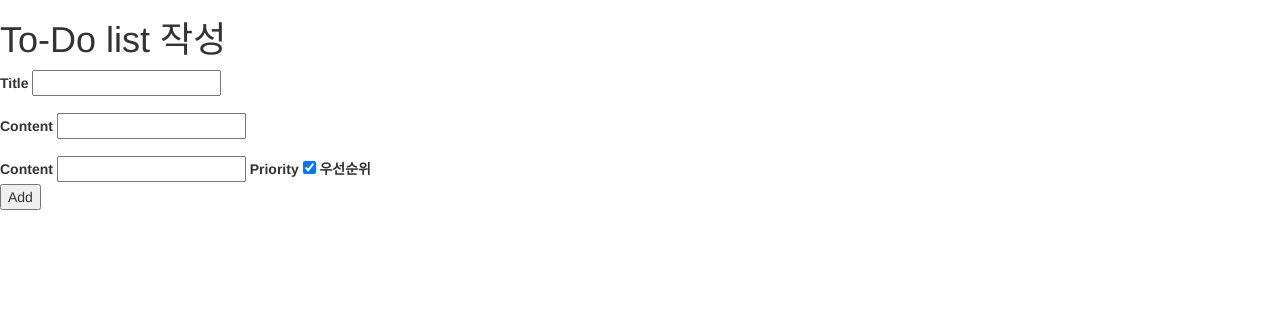
Repository: qudgns200/Toy_01_ToDoList
Page: http://localhost/ToDoList/jsp/writeForm.jsp
An editor plug-in stored every save of this project. The page is shown before and after the next save, followed by the edit.
The browser window is 1280 px wide. The pictures show the whole page.
The page is served by Tomcat 9. Nobody is signed in. The application's start-up code is not run. Other server files are loaded and not shown.

Above is the page before, as saved 2019-11-07 04:41:49.
Console error (its wording comes from the project's code and is left out).

### ToDoList/WebContent/jsp/writeForm.jsp
<%@ page language="java" contentType="text/html; charset=UTF-8"
	pageEncoding="UTF-8"%>
<!DOCTYPE html>
<html>
<head>
<meta charset="UTF-8">
<title>Insert title here</title>
<!--  Bootstrap -->
<link rel="stylesheet"
	href="https://maxcdn.bootstrapcdn.com/bootstrap/3.3.2/css/bootstrap.min.css">
<link rel="stylesheet"
	href="https://maxcdn.bootstrapcdn.com/bootstrap/3.3.2/css/bootstrap-theme.min.css">
<!--  --------- -->
</head>
<body>
	<h1>To-Do list 작성</h1>
	<form method="post" action="write.do">
		<div class="form-group">
			<label for="title">Title</label>
			<input type="text" name="title" id="title"/>
		</div>

		<div class="form-group">
			<label for="content">Content</label>
			<input type="text" name="title" id="title"/>
		</div>

		<label>Content</label> <input type="text" name="content" id="content" />

		<label>Priority</label> <input type="checkbox" name="priority"
			id="priority" checked /> <label for="priority" id="laberP">우선순위</label>
		<br>

		<button type="submit">Add</button>

		<div class="spacer"></div>
	</form>

	<script
		src="https://maxcdn.bootstrapcdn.com/bootstrap/3.3.2/js/bootstrap.min.js"></script>
</body>
</html>

After the next save:
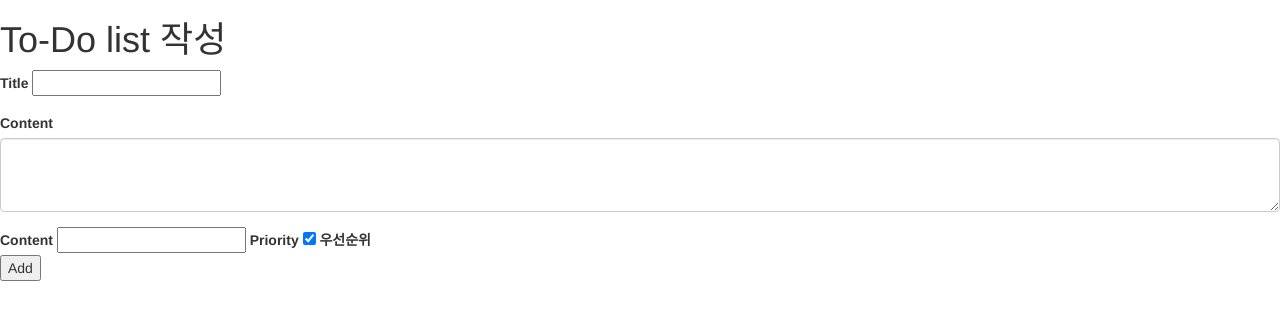
Saved 30 s later.
--- a/ToDoList/WebContent/jsp/writeForm.jsp
+++ b/ToDoList/WebContent/jsp/writeForm.jsp
@@ -22,7 +22,7 @@
 
 		<div class="form-group">
 			<label for="content">Content</label>
-			<input type="text" name="title" id="title"/>
+			<textarea class="form-control" rows="3"></textarea>
 		</div>
 
 		<label>Content</label> <input type="text" name="content" id="content" />
